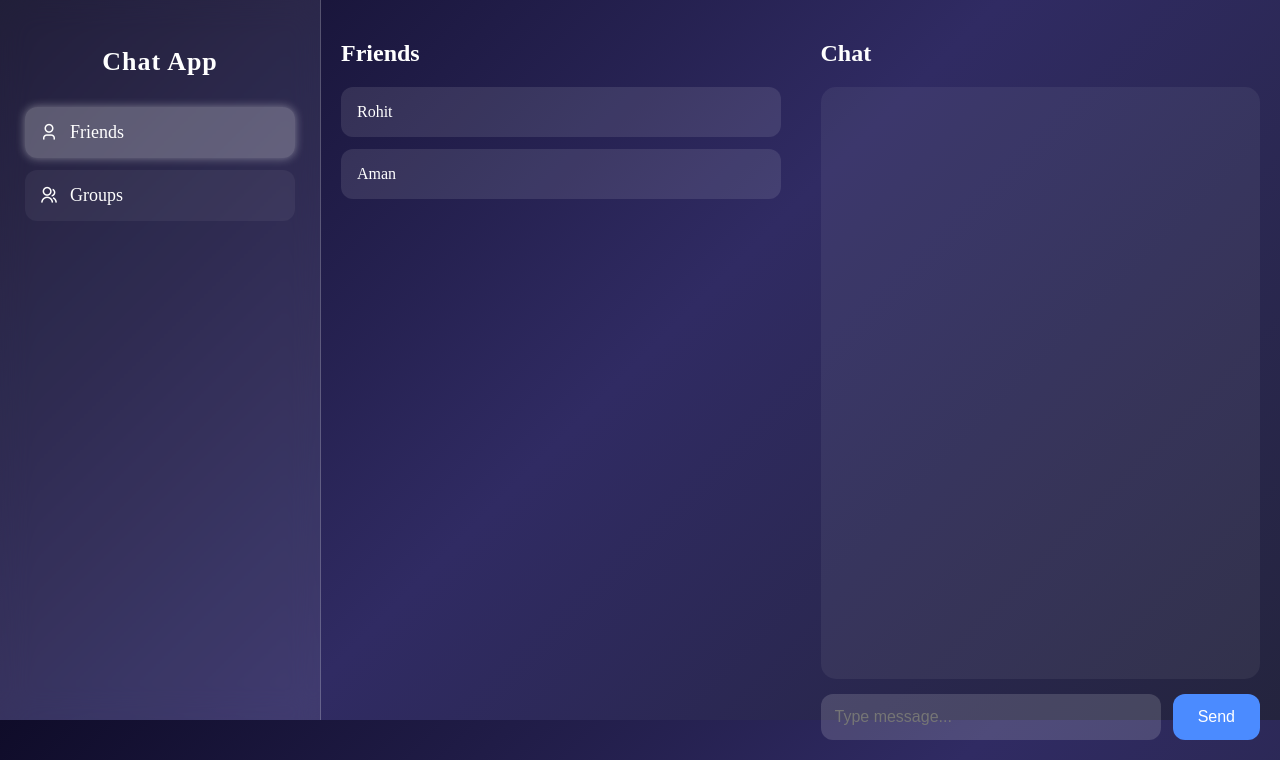
Repository: bharat132002/chat-app
Page: public/chat.html
These files come from the project's save history. The page is drawn as it stood at one moment and after the next save; the edit follows.
The browser window is 1280 px wide. The pictures show the whole page.

Above is the page before, as saved 2025-11-28 18:58:33.

After the next save:
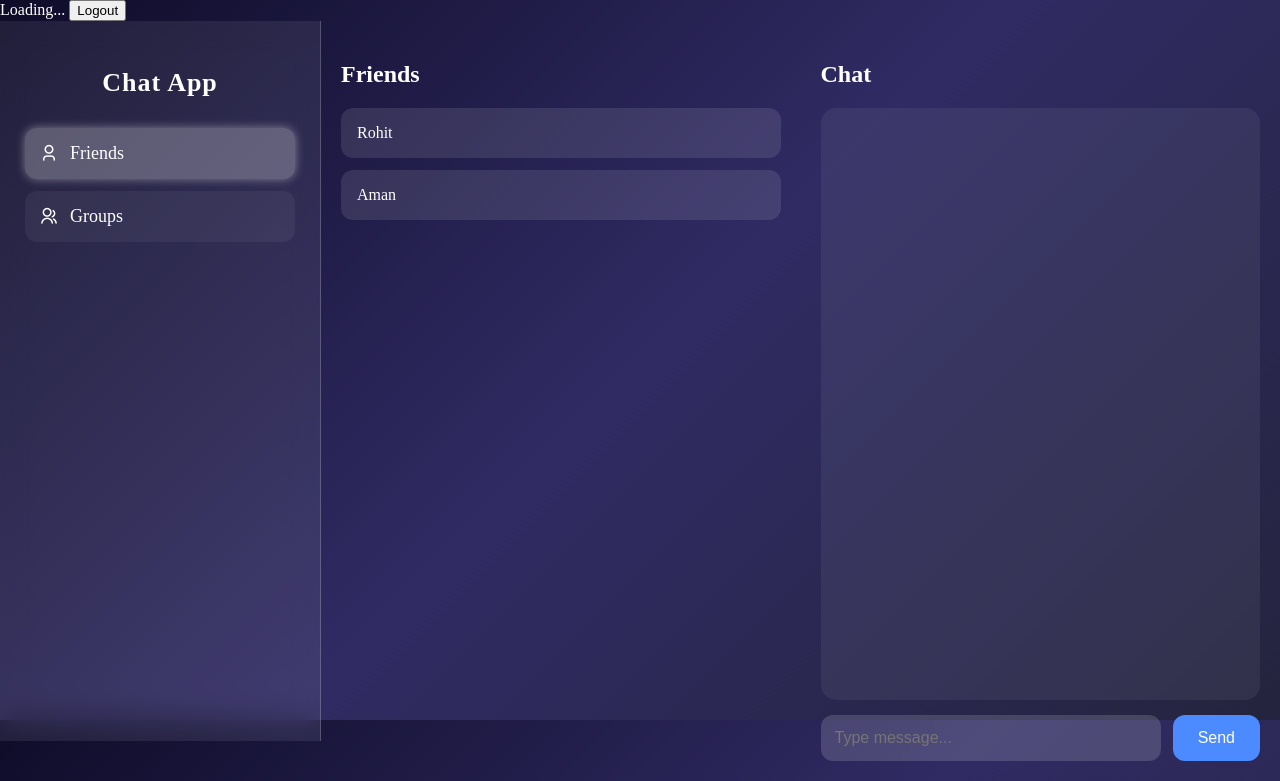
Saved 3 min 51 s later.
--- a/public/chat.html
+++ b/public/chat.html
@@ -170,6 +170,19 @@
 </head>
 
 <body>
+    <!-- 🔥 TOP USER HEADER BAR -->
+<div class="top-bar">
+    <span id="chat-username">Loading...</span>
+
+    <button class="logout-btn" onclick="logoutUser()">
+        Logout
+    </button>
+</div>
+
+<!-- YOUR CHAT UI BELOW THIS -->
+<div class="chat-container">
+    <!-- chat boxes, messages, friends list ... etc -->
+</div>
 
 <div class="main">
 
